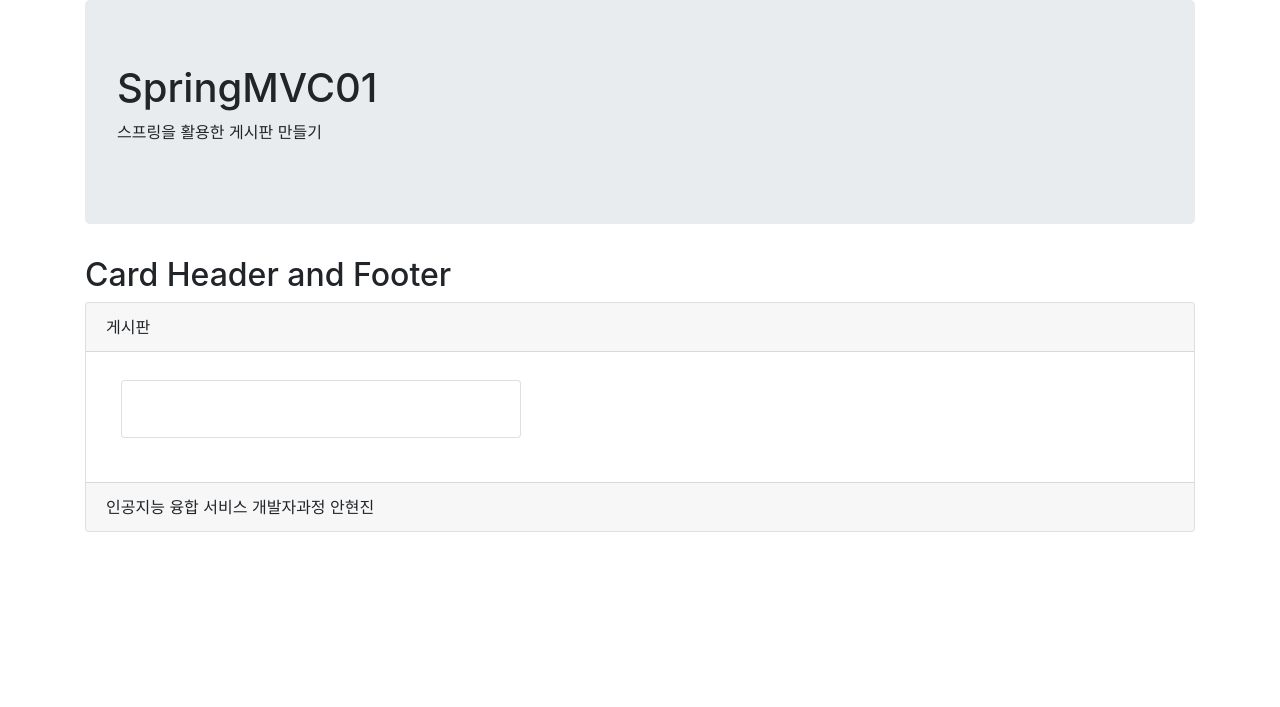
Repository: JangGunWook/Spring_webStudy
Page: http://localhost/SpringMVC01/WEB-INF/views/boardDetail.jsp
These files come from the project's save history. The page is drawn as it stood at one moment and after the next save; the edit follows.
The browser window is 1280 px wide. The pictures show the whole page.
The page is served by Tomcat 9. Nobody is signed in. Other server files are loaded and not shown. The template is opened directly, without the code that normally fills it, so the values that code supplies are empty.

Above is the page before, as saved 2023-10-17 03:37:47.

### SpringMVC01/src/main/webapp/WEB-INF/views/boardDetail.jsp
<%@ page language="java" contentType="text/html; charset=UTF-8"
	pageEncoding="UTF-8"%>
<!DOCTYPE html>
<html lang="en">
<head>
<title>Bootstrap Example</title>
<meta charset="utf-8">
<meta name="viewport" content="width=device-width, initial-scale=1">
<link rel="stylesheet"
	href="https://cdn.jsdelivr.net/npm/bootstrap@4.6.2/dist/css/bootstrap.min.css">
<script
	src="https://cdn.jsdelivr.net/npm/jquery@3.6.4/dist/jquery.min.js"></script>
<script
	src="https://cdn.jsdelivr.net/npm/popper.js@1.16.1/dist/umd/popper.min.js"></script>
<script
	src="https://cdn.jsdelivr.net/npm/bootstrap@4.6.2/dist/js/bootstrap.bundle.min.js"></script>
</head>
<body>

	<div class="container">
		<div class="jumbotron">
			<h1>SpringMVC01</h1>
			<p>스프링을 활용한 게시판 만들기</p>
		</div>

		<h2>Card Header and Footer</h2>
		<div class="card">
			<div class="card-header">게시판</div>
			<div class="card-body">

				<div class="container">
					<h2>${detail.title}</h2>

					<div class="card" style="width: 400px">

						<div class="card-body">
							<h4 class="card-title">${detail.writer}</h4>
							<p class="card-text">${detail.content}</p>
							<p class="card-text">${detail.indate}</p>
						</div>
					</div>
					<br>

				</div>

			</div>
			<div class="card-footer">인공지능 융합 서비스 개발자과정 안현진</div>
		</div>

	</div>

</body>
</html>

After the next save:
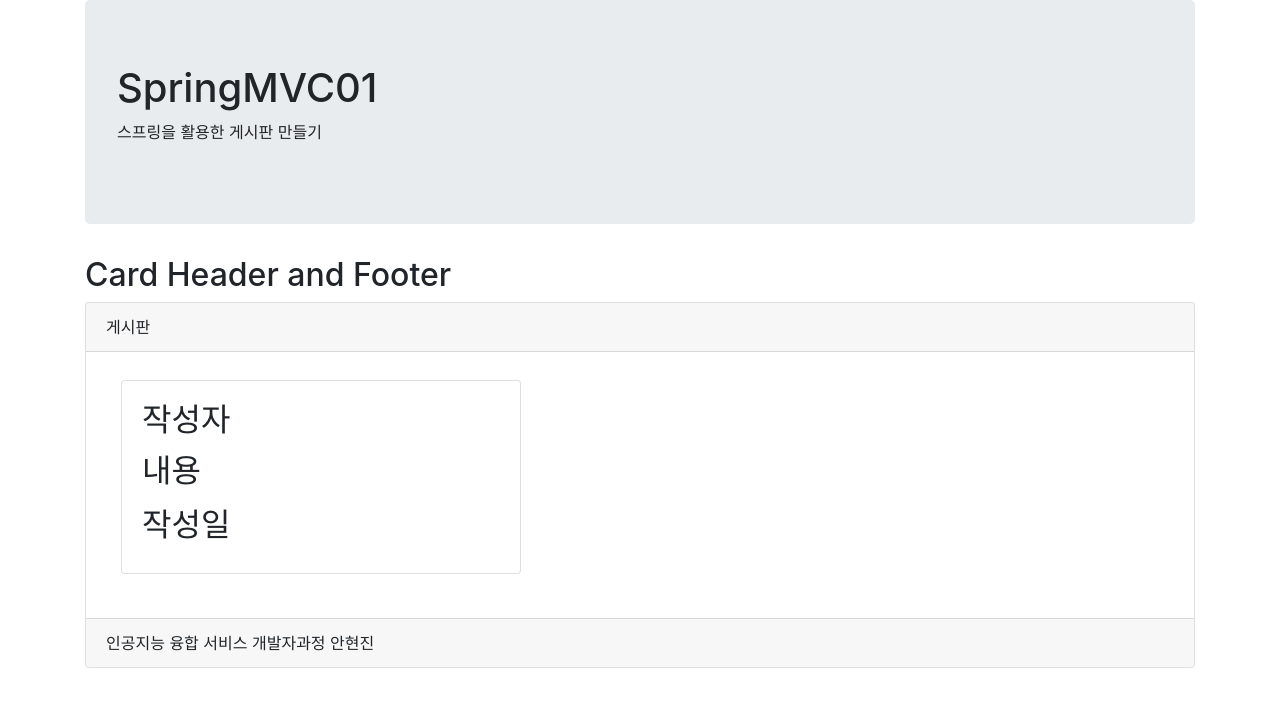
Saved 7 min 27 s later.
--- a/SpringMVC01/src/main/webapp/WEB-INF/views/boardDetail.jsp
+++ b/SpringMVC01/src/main/webapp/WEB-INF/views/boardDetail.jsp
@@ -34,8 +34,11 @@
 					<div class="card" style="width: 400px">
 
 						<div class="card-body">
+							<h2>작성자</h2>
 							<h4 class="card-title">${detail.writer}</h4>
+							<h2>내용</h2>
 							<p class="card-text">${detail.content}</p>
+							<h2>작성일</h2>
 							<p class="card-text">${detail.indate}</p>
 						</div>
 					</div>
